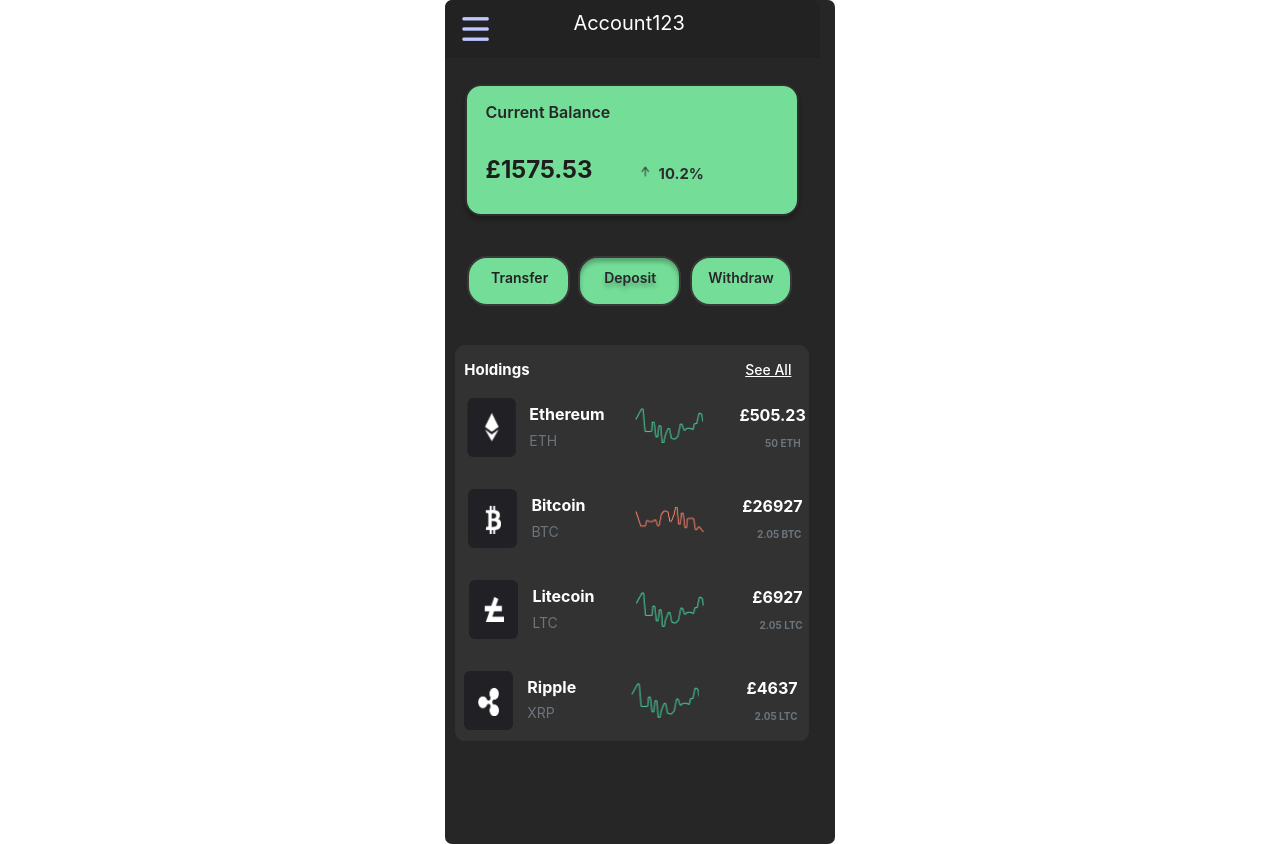
Repository: krishbains/CryptoWallet
Page: /
An editor plug-in stored every save of this project. The page is shown before and after the next save, followed by the edit.
The browser window is 1280 px wide. The pictures show the whole page.
The project was rebuilt for these pictures with package versions that can differ from the ones it lists, and the page was loaded fresh each time. Also part of the build but not shown: src/components/startingpage/startingpage.jsx.

Above is the page before, as saved 2024-03-28 16:05:03.

### src/App.js
import './App.css';
import BasePage from './components/basepage/basepage';
import StartingPage from './components/startingpage/startingpage';
import CreateWallet from './components/createwallet/createwallet';

function App() {
  return (
    <div className="App">
      {/* uncomment these to see what each page looks like, we will implement routing across all pages, soon enough */}
      <BasePage/>
      {/* <StartingPage/> */}
      {/* <CreateWallet /> */}
    </div>
  );
}

export default App;

### src/components/basepage/basepage.jsx
import React from 'react';
import "./base_page.css"

export default function BasePage() {
  return (
    <div className='main-container'>
      <div className='main-frame-background'>
        <div className='account-bar'>
          <span className='account'>Account123</span>
          <div className='vector' />
        </div>
        <div className='rectangle'>
          <div className='flex-column-be'>
            <span className='current-balance'>Current Balance</span>
            <span className='currency'>£1575.53</span>
          </div>
          <span className='percentage'>10.2%</span>
          <div className='arrow-up' />
        </div>
        <div className='flex-row-afb'>
          <div className='transfer-button'>
            <span className='transfer'>Transfer</span>
          </div>
          <div className='deposit-button'>
            <span className='deposit'>Deposit</span>
          </div>
          <div className='receive-button'>
            <span className='withdraw'>Withdraw</span>
          </div>
        </div>
        <div className='holdings-background'>
          <div className='flex-row'>
            <span className='holdings'>Holdings</span>
            <span className='see-all'>See All</span>
          </div>
          <div className='flex-row-fa'>
            <div className='eth-icon' />
            <span className='pound-amount'>£505.23</span>
            <span className='ethereum'>Ethereum</span>
            <div className='graph-eth' />
            <span className='eth'>ETH</span>
            <span className='eth-amount'>50 ETH</span>
          </div>
          <div className='flex-row-eed'>
            <div className='rectangle-1'>
              <div className='bitcoin-logo'>
                <div className='group'>
                  <div className='vector-2' />
                </div>
              </div>
            </div>
            <span className='pound-amount-3'>£26927</span>
            <span className='bitcoin'>Bitcoin</span>
            <div className='graph-btc' />
            <span className='btc'>BTC</span>
            <span className='btc-amount'>2.05 BTC</span>
          </div>
          <div className='flex-row-d'>
            <div className='rectangle-4'>
              <div className='vector-5' />
            </div>
            <span className='pound'>£6927</span>
            <span className='bitcoin-litecoin'>Litecoin</span>
            <div className='graph-eth-6' />
            <span className='ltc'>LTC</span>
            <span className='ltc-amount'>2.05 LTC</span>
          </div>
          <div className='flex-row-cdef'>
            <div className='rectangle-7'>
              <div className='xrp-alt'>
                <div className='xrp' />
              </div>
            </div>
            <span className='pound-8'>£4637</span>
            <span className='ripple'>Ripple</span>
            <div className='graph-eth-9' />
            <span className='btc-a'>XRP</span>
            <span className='ltc-b'>2.05 LTC</span>
          </div>
        </div>
      </div>
    </div>
  );
}

### src/components/startingpage/starting_page.css
:root {
    --default-font-family: -apple-system, BlinkMacSystemFont, "Segoe UI", Roboto,
      Ubuntu, "Helvetica Neue", Helvetica, Arial, "PingFang SC",
      "Hiragino Sans GB", "Microsoft Yahei UI", "Microsoft Yahei",
      "Source Han Sans CN", sans-serif;
  }

  .main-container {
    overflow: hidden;
  }

  .main-container,
  .main-container * {
    box-sizing: border-box;
  }

  input,
  select,
  textarea,
  button {
    outline: 0;
  }

  .main-container {
    position: relative;
    width: 390px;
    height: 844px;
    margin: 0 auto;

  }
  .main-frame-background1 {
    position: absolute;
    width: 390px;
    height: 844px;
    top: 0;
    left: 0;
    background: #bfc9ff;
    z-index: 1;
    border-radius: 7px;
  }
  .main-frame {
    position: relative;
    width: 333px;
    height: 385px;
    margin: 226px 0 0 28px;
    font-size: 0px;
    background: #222222;
    z-index: 2;
    overflow: visible auto;
    border-radius: 7px;
  }
  .welcome-to {
    display: flex;
    align-items: flex-start;
    justify-content: center;
    position: relative;
    width: 103.837px;
    height: 22.803px;
    margin: 17.308px 0 0 24.374px;
    color: #999999;
    font-family: Actor, var(--default-font-family);
    font-size: 20px;
    font-weight: 400;
    line-height: 22.803px;
    text-align: center;
    white-space: nowrap;
    z-index: 11;
  }
  .crypto-wallet {
    display: block;
    position: relative;
    height: 61.757px;
    margin: 18.052px 0 0 46.553px;
    color: #ffffff;
    font-family: Kantumruy, var(--default-font-family);
    font-size: 34px;
    font-weight: 700;
    line-height: 61.426px;
    text-align: left;
    white-space: nowrap;
    z-index: 9;
  }
  .new-wallet {
    display: flex;
    align-items: flex-start;
    justify-content: center;
    position: relative;
    width: 298.406px;
    height: 43.705px;
    margin: 21.853px 0 0 21.35px;
    color: #999999;
    font-family: Actor, var(--default-font-family);
    font-size: 17px;
    font-weight: 400;
    line-height: 20.451px;
    text-align: center;
    z-index: 10;
  }
  .new-wallet-box {
    position: relative;
    width: 281px;
    height: 39px;
    margin: 79.522px 0 0 26px;
    background: #74dd98;
    z-index: 4;
    border-radius: 5px;
  }
  .create-wallet {
    display: flex;
    align-items: flex-start;
    justify-content: flex-start;
    position: absolute;
    height: 18.052px;
    top: 10.739px;
    left: 76px;
    color: #222222;
    font-family: Inter, var(--default-font-family);
    font-size: 14px;
    font-weight: 600;
    line-height: 16.943px;
    text-align: left;
    white-space: nowrap;
    z-index: 5;
  }
  .existing-wallet-box {
    position: relative;
    width: 281px;
    height: 39px;
    margin: 8px 0 0 26px;
    background: #333333;
    z-index: 7;
    border-radius: 5px;
  }
  .have-wallet {
    display: flex;
    align-items: flex-start;
    justify-content: flex-start;
    position: absolute;
    height: 18.052px;
    top: 10.295px;
    left: 65.919px;
    color: #ffffff;
    font-family: Inter, var(--default-font-family);
    font-size: 14px;
    font-weight: 600;
    line-height: 16.943px;
    text-align: left;
    white-space: nowrap;
    z-index: 8;
  }

### src/components/createwallet/create_wallet.css
:root {
    --default-font-family: -apple-system, BlinkMacSystemFont, "Segoe UI", Roboto,
      Ubuntu, "Helvetica Neue", Helvetica, Arial, "PingFang SC",
      "Hiragino Sans GB", "Microsoft Yahei UI", "Microsoft Yahei",
      "Source Han Sans CN", sans-serif;
  }

  .main-container {
    overflow: hidden;
  }

  .main-container,
  .main-container * {
    box-sizing: border-box;
  }

  input,
  select,
  textarea,
  button {
    outline: 0;
  }

  .main-container {
    position: relative;
    width: 390px;
    height: 844px;
    margin: 0 auto;
  }
  .main-frame-background1 {
    position: absolute;
    width: 390px;
    height: 844px;
    top: 0;
    left: 0;
    background: #bfc9ff;
    z-index: 1;
    border-radius: 7px;
  }
  .main-frame {
    position: relative;
    width: 356px;
    height: 311px;
    margin: 265px 0 0 18px;
    font-size: 0px;
    background: #222222;
    z-index: 3;
    overflow: visible auto;
    border-radius: 7px;
  }
  .create-password {
    display: flex;
    align-items: flex-start;
    justify-content: center;
    position: relative;
    width: 221.545px;
    height: 29px;
    margin: 12px 0 0 67.236px;
    color: #ffffff;
    font-family: Inter, var(--default-font-family);
    font-size: 24px;
    font-weight: 600;
    line-height: 29px;
    text-align: center;
    white-space: nowrap;
    z-index: 4;
  }
  .password-input {
    position: relative;
    width: 335.366px;
    height: 41px;
    margin: 46px 0 0 10.325px;
    background: #181818;
    border: 1px solid #2e2e2e;
    z-index: 9;
    border-radius: 5px;
    box-sizing: content-box;
  }
  .password-input-1 {
    display: flex;
    align-items: flex-start;
    justify-content: flex-start;
    position: absolute;
    height: 19px;
    top: 11px;
    left: 21.341px;
    color: #606060;
    font-family: Inter, var(--default-font-family);
    font-size: 14px;
    font-weight: 600;
    line-height: 16.943px;
    text-align: left;
    white-space: nowrap;
    z-index: 10;
  }
  .confirm-password-input {
    position: relative;
    width: 330px;
    height: 41px;
    margin: 19px 0 0 10.325px;
    background: #181818;
    border: 1px solid #2e2e2e;
    z-index: 13;
    border-radius: 5px;
    box-sizing: content-box;
  }
  .confirm-password {
    display: flex;
    align-items: flex-start;
    justify-content: flex-start;
    position: absolute;
    height: 19px;
    top: 11px;
    left: 21px;
    color: #606060;
    font-family: Inter, var(--default-font-family);
    font-size: 14px;
    font-weight: 600;
    line-height: 16.943px;
    text-align: left;
    white-space: nowrap;
    z-index: 14;
  }
  .continue-button {
    position: relative;
    width: 332.317px;
    height: 41px;
    margin: 61px 0 0 13.374px;
    background: #2c2c2c;
    border: 1px solid #2e2e2e;
    z-index: 6;
    border-radius: 5px;
    box-sizing: content-box;
  }
  .continue {
    display: flex;
    align-items: flex-start;
    justify-content: flex-start;
    position: absolute;
    height: 14.426px;
    top: 14px;
    left: 135.163px;
    color: #a7a7a7;
    font-family: Inter, var(--default-font-family);
    font-size: 14px;
    font-weight: 600;
    line-height: 14.426px;
    text-align: left;
    white-space: nowrap;
    z-index: 7;
  }

### src/components/createwallet/createwallet.jsx
import React from 'react';
import './create_wallet.css';

export default function CreateWallet() {
  return (
    <div className='main-container'>
      <div className='main-frame-background1'>
        <div className='main-frame'>
          <span className='create-password'>Create a password</span>
          <div className='password-input'>
            <span className='password-input-1'>Password</span>
          </div>
          <div className='confirm-password-input'>
            <span className='confirm-password'>Confirm Password</span>
          </div>
          <div className='continue-button'>
            <span className='continue'>Continue</span>
          </div>
        </div>
      </div>
    </div>
  );
}

Loaded but not shown: public/index.html (common file); src/index.js (common file); src/index.css (common file); src/reportWebVitals.js (common file); src/App.css (common file); src/components/basepage/base_page.css (738 lines, source omitted)

After the next save:
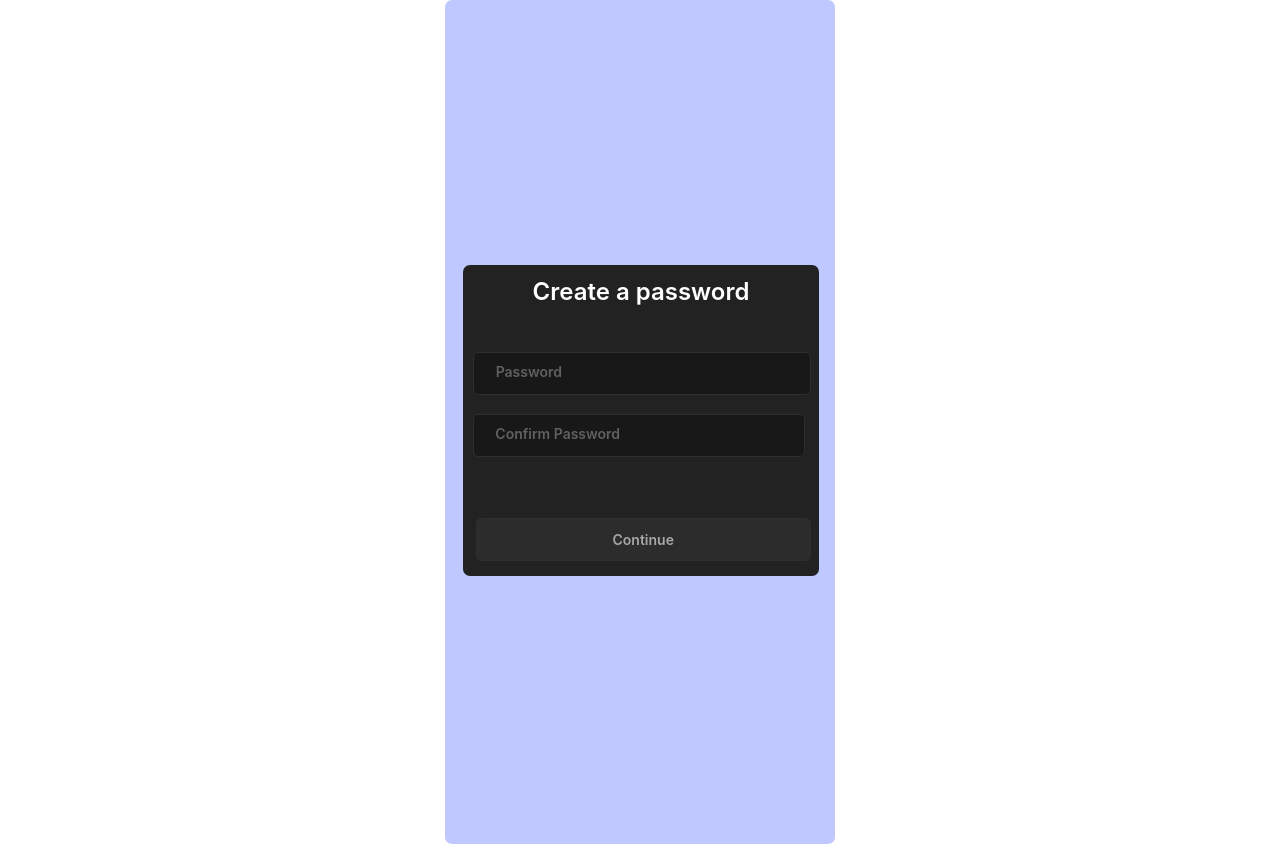
Saved 13 s later.
--- a/src/App.js
+++ b/src/App.js
@@ -7,9 +7,9 @@
   return (
     <div className="App">
       {/* uncomment these to see what each page looks like, we will implement routing across all pages, soon enough */}
-      <BasePage/>
+      {/* <BasePage/> */}
       {/* <StartingPage/> */}
-      {/* <CreateWallet /> */}
+      <CreateWallet />
     </div>
   );
 }

After the save that followed:
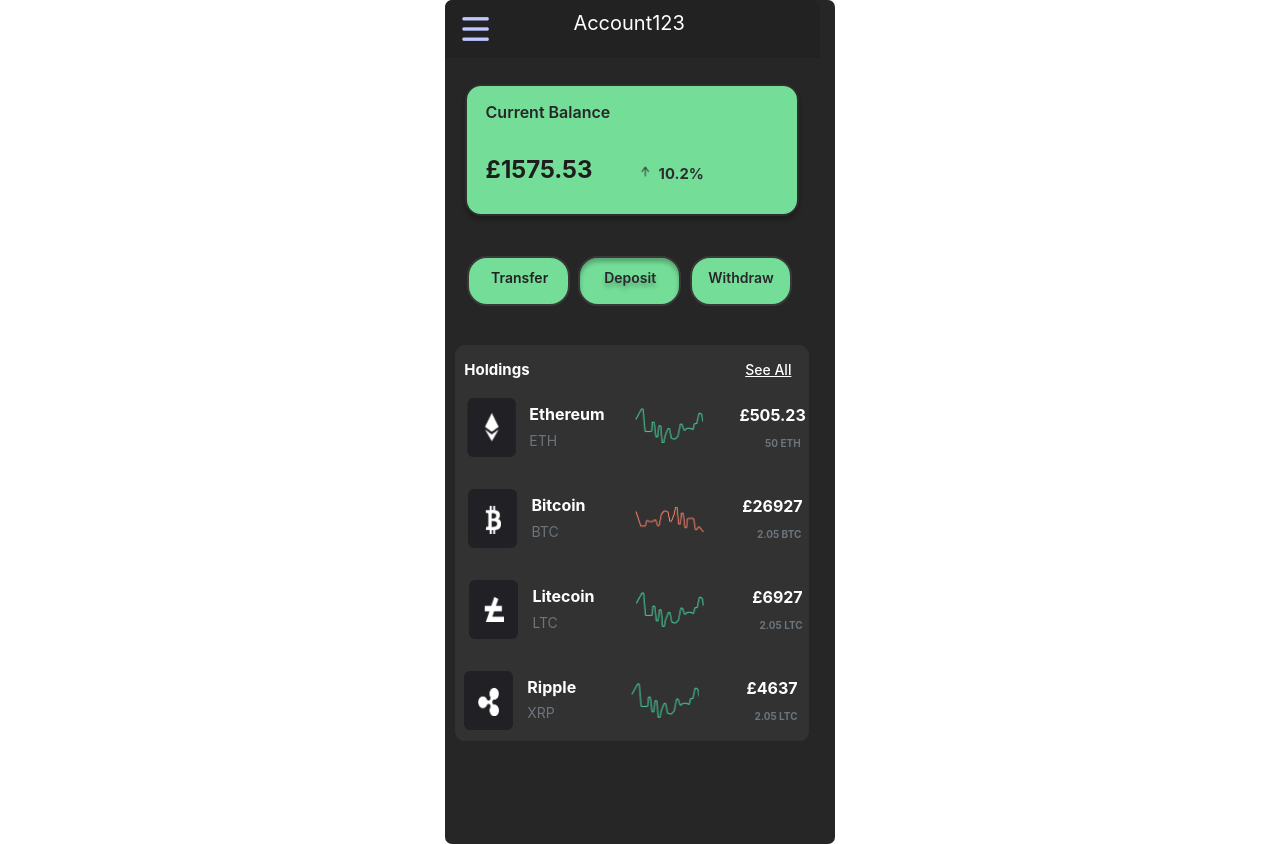
Saved 18 s later.
--- a/src/App.js
+++ b/src/App.js
@@ -7,9 +7,9 @@
   return (
     <div className="App">
       {/* uncomment these to see what each page looks like, we will implement routing across all pages, soon enough */}
-      {/* <BasePage/> */}
+      <BasePage/>
       {/* <StartingPage/> */}
-      <CreateWallet />
+      {/* <CreateWallet /> */}
     </div>
   );
 }
